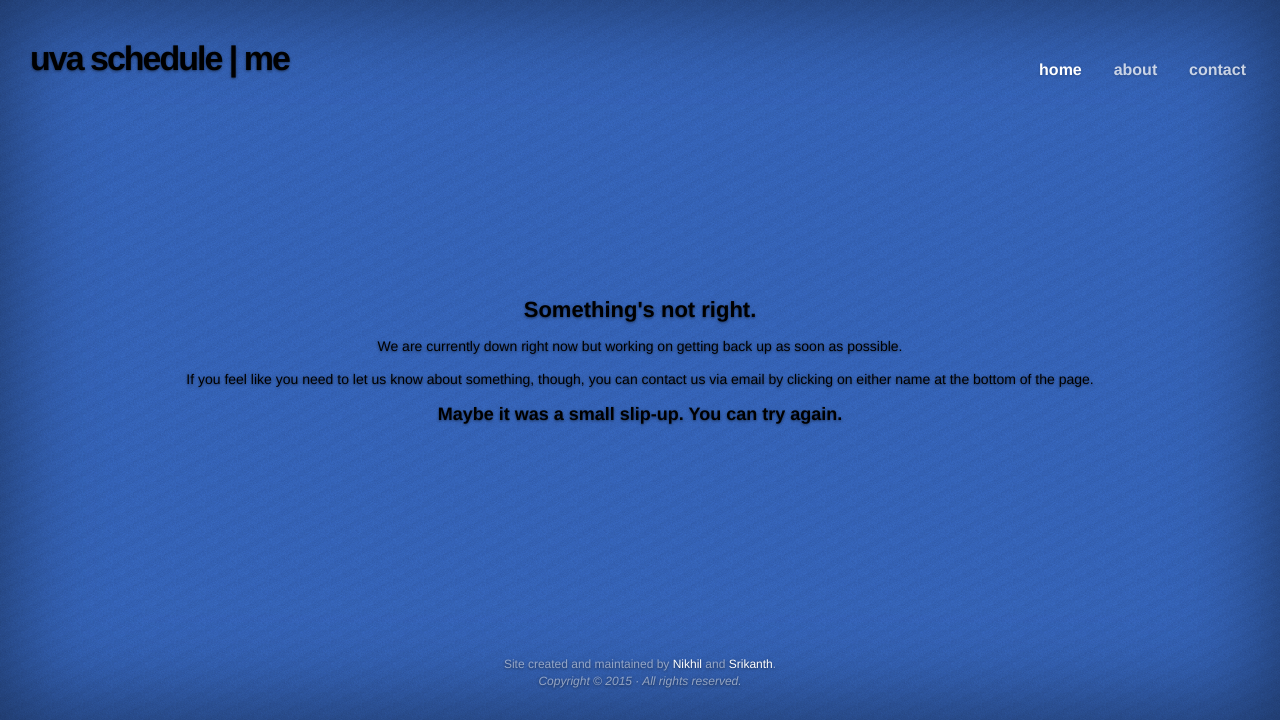
Repository: nathan-williams/uvaschedule_me
Page: templates/error.html
The author's editor kept a record of every edit. The page is drawn from the files as they stood at one moment, then again after the next edit.
The browser window is 1280 px wide. The pictures show the whole page.
Some web libraries are served in a nearby version. The template is drawn by Django 2.2. The application's start-up code is not run. The template is opened directly, without the code that normally fills it, so the values that code supplies are empty.

Above is the page before.

After the next edit:
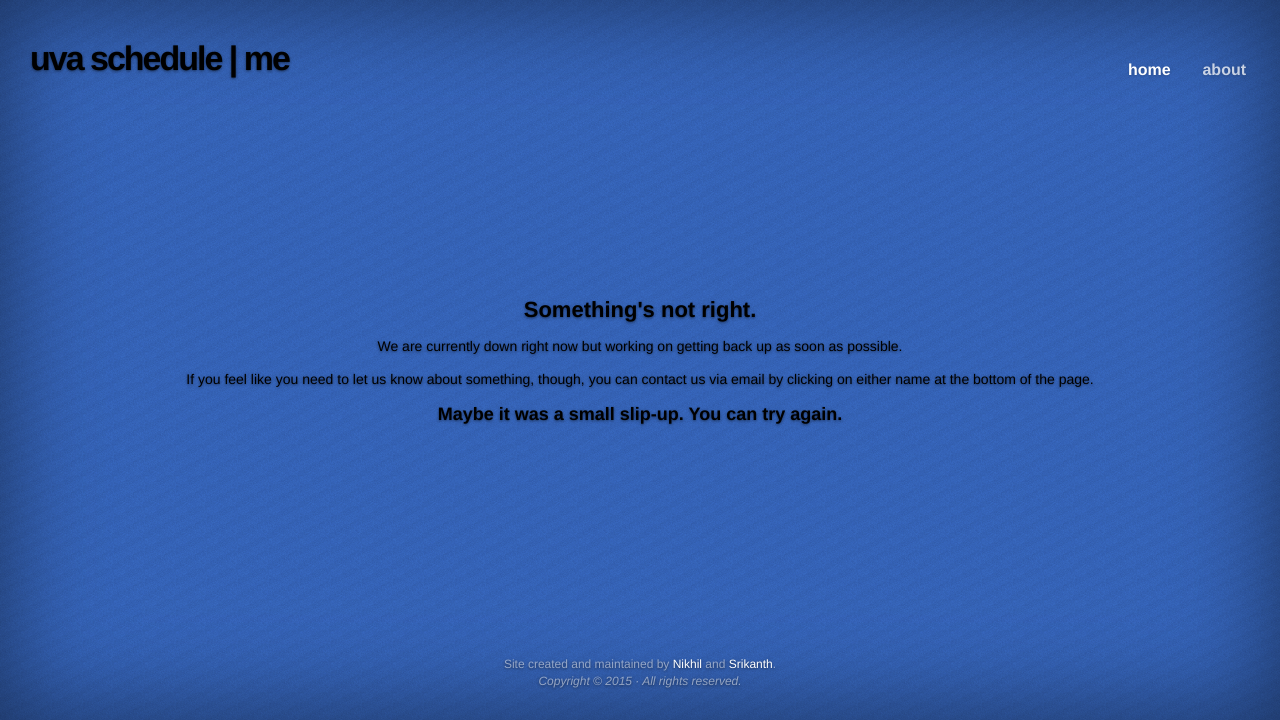
The edit:
--- a/templates/error.html
+++ b/templates/error.html
@@ -48,7 +48,6 @@
                                 <ul class="nav masthead-nav"; style="text-shadow: 0 1px 3px rgba(0,0,0,.2)">
                                     <li><a href="/" style="color: #fff">home</a></li>
                                     <li><a href="/about">about</a></li>
-                                    <li><a href="/contact">contact</a></li>
                                 </ul>
                             </nav>
                         </div>
